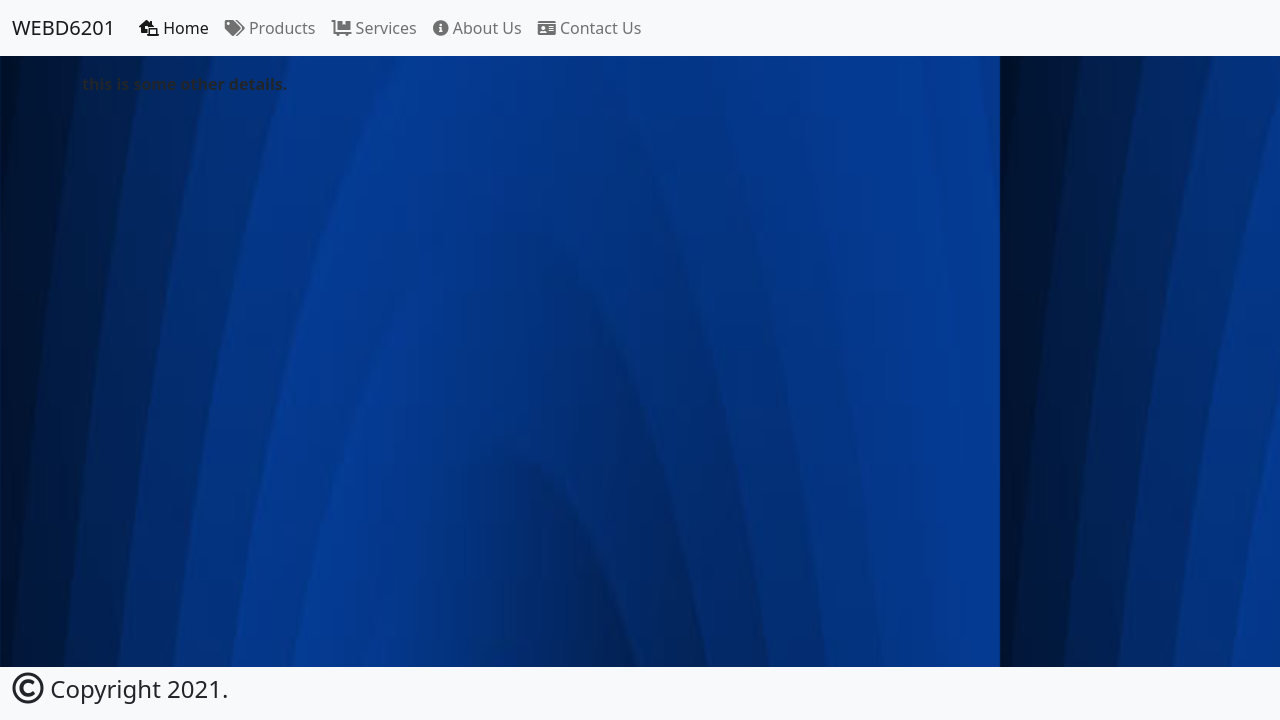
Repository: MuzhdaEhsan/WEBD6201-W2021-Lab1
Page: index.html
These files come from the project's save history. The page is drawn as it stood at one moment and after the next save; the edit follows.
The browser window is 1280 px wide. The pictures show the whole page.

Above is the page before, as saved 2021-02-05 20:50:00.

### index.html
<!DOCTYPE html>
<html lang="en">
<head>
    <meta charset="UTF-8">
    <meta name="viewport" content="width=device-width, initial-scale=1.0">
    <title>Home</title>
    <!-- CSS Section -->
    <link rel="stylesheet" href="./node_modules/bootstrap/dist/css/bootstrap.min.css">
    <link rel="stylesheet" href="./node_modules/@fortawesome/fontawesome-free/css/all.min.css">
    <link rel="stylesheet" href="./Content/app.css">


</head>
<body>


    <!-- Main Header -->
    <header>

        <!-- Main Navigation -->
        <nav class="navbar navbar-expand-lg navbar-light bg-light">
            <div class="container-fluid">
              <a class="navbar-brand" href="index.html">WEBD6201</a>
              <button class="navbar-toggler" type="button" data-bs-toggle="collapse" data-bs-target="#navbarSupportedContent" aria-controls="navbarSupportedContent" aria-expanded="false" aria-label="Toggle navigation">
                <span class="navbar-toggler-icon"></span>
              </button>
              <div class="collapse navbar-collapse" id="navbarSupportedContent">
                <ul class="navbar-nav me-auto mb-2 mb-lg-0">
                  <li class="nav-item">
                    <a class="nav-link active" aria-current="page" href="index.html"><i class="fas fa-laptop-house"></i> Home</a>
                  </li>

                  <li class="nav-item">
                    <a class="nav-link" aria-current="page" href="projects.html"><i class="fas fa-tags"></i> Products</a>
                  </li>

                  <li class="nav-item">
                    <a class="nav-link" aria-current="page" href="services.html"><i class="fas fa-dolly-flatbed"></i> Services</a>
                  </li>

                  <li class="nav-item">
                    <a class="nav-link" aria-current="page" href="about.html"><i class="fas fa-info-circle"></i> About Us</a>
                  </li>

                  <li class="nav-item">
                    <a class="nav-link" aria-current="page" href="contact.html"><i class="fas fa-id-card"></i> Contact Us</a>
                  </li>
                </ul>
              </div>
            </div>
          </nav>

    </header>

    <!-- Main Content -->
    <main class="container">
        <h1></h1>
        <p id="paragraphOne"></p>
        <div id="myDiv"></div>

    </main>

    <!-- Main Footer -->
    <footer>
        <nav class="navbar fixed-bottom navbar-light bg-light">
            <div class="container-fluid">
              <h4><i class="far fa-copyright fa-lg"></i> Copyright 2021.</h4>
            </div>
          </nav>
    </footer>

    <!-- Script Section-->
    <script src="./node_modules/jquery/dist/jquery.min.js"></script>
    <script src="./node_modules/bootstrap/dist/js/bootstrap.bundle.min.js"></script>
    <script src="./Scripts/app.js"></script>
</body>
</html>

### Scripts/app.js
/*
@author: Muzhda Ehsan
@date: 27-Jan-2021
*/
/* custom JavaScript goes here */

//IIFE - Immediately Invoked Function Expression
//AKA - Anonymous Self-Executing Function
//Closure - limits scope leak

"use strict";

let myContact =
{
  "firstName":"Muzhda",
  "contactNumber":"234234",
  "emailAddress":"muzhda@gmail.com",
  "saysHello":function()
  {
    console.log(`${fullName} says Hello`);
  },
  "someOtherObject": {
    "friendsList": [
      "Peter Parker", "Tony Stark", "Stephen Strange"
    ]
  }
};


(function()
{
    function displayHome()
    {
      let imageSize = "1000px 3000px";
      let imageUrl2 = `url('./261.jpg')`;
      //document.body.style.backgroundImage = "url('./download.jpg')";
      let bodyImage = document.body.style;
      bodyImage.backgroundSize = imageSize;
      bodyImage.backgroundImage = imageUrl2;
        //let paragraphOneText =
         // "This is a simple site to demonstrate DOM Manipulation for ICE 1";

        //let paragraphOneElement = document.getElementById("paragraphOne");

        //paragraphOneElement.textContent = paragraphOneText;
        //paragraphOneElement.className = "fs-5";

        // Step 1. document.createElement
        let newParagraph = document.createElement("p");
        // Step 2. configure the element
        //newParagraph.setAttribute("id", "paragraphTwo");
        //newParagraph.textContent = "...And this is paragraph two";
        // Step 3. select the parent element
        let mainContent = document.getElementsByTagName("main")[0];
        // Step 4. Add / Insert the element
         mainContent.appendChild(newParagraph);

        //newParagraph.className = "fs-6";

        // another way of injecting content
        //let paragraphDiv = document.createElement("div");
        //let paragraphThree = `<p id="paragraphThree" class="fs-7 fw-bold">And this is the Third Paragraph</p>`;
        //paragraphDiv.innerHTML = paragraphThree;

        // insertions

        // example of inserting before a node
        //newParagraph.before(paragraphDiv);

        // example of inserting after a node
        //newParagraph.after(paragraphDiv);


        // add image
        //let image = document.createElement("div");
        //let imageUrl = `<img src="./download.jpg" alt="Girl in a jacket" width="500" height="600">`;
        //image.innerHTML = imageUrl
        //newParagraph.before(image);

        // paragraph details
        let paragraphMain = document.createElement("div");
        let paragraphIndex = `<p id="mainParagraph" class="fs-7 fw-bold">this is some other details.</p>`;
        paragraphMain.innerHTML = paragraphIndex;

        newParagraph.before(paragraphMain);


        // deletions

        // example of removing a single element
        //paragraphOneElement.remove();

        // example of removeChild
        //mainContent.removeChild(paragraphOneElement);

        // update / modification
        //mainContent.firstElementChild.textContent = "Welcome Home!";

        //mainContent.innerHTML = `<h1 id="firstHeading">Welcome to WEBD6201 - Lab 2</h1>`;


    }

    function displayAbout()
    {

    }

    function displayProjects()
    {

    }

    function displayServices()
    {

    }

    function displayContact()
    {
        let messageArea = document.getElementById("messageArea");
        messageArea.hidden = true;

        // form validation
        let fullName = document.getElementById("fullName");
        fullName.addEventListener("blur", function() {
            if(fullName.value.length < 2)
            {
                fullName.focus();
                fullName.select();
                messageArea.hidden = false;
                messageArea.className = "alert alert-danger";
                messageArea.textContent = "Please enter an appropriate Name";
            }
            else
            {
                messageArea.removeAttribute("class");
                messageArea.hidden = true;
            }
        });

        let sendButton = document.getElementById("sendButton");
        sendButton.addEventListener("click", function(event){
           // event.preventDefault();

            let contact = new Contact(fullName.value, contactNumber.value, emailAddress.value);

            if(contact.serialize())
            {
              localStorage.setItem((localStorage.length + 1).toString(), contact.serialize());

            }

            //console.log(contact.toString());
            //console.log(contact.serialize());
        });
    }

    function displayContactList()
    {
      if (localStorage.length > 0)
      {
        let contactList = document.getElementById("contactList");

        let data = "";

        for (let index = 0; index < localStorage.length; index++)
        {
          let contactData = localStorage.getItem((index + 1).toString());

          console.log(contactData);
          let contact = new Contact();
          contact.deserialize(contactData);

          data += `<tr>
          <th scope="row">${index + 1}</th>
          <td>${contact.FullName}</td>
          <td>${contact.ContactNumber}</td>
          <td>${contact.EmailAddress}</td>
        </tr>`;
        }

        contactList.innerHTML = data;
      }


    }

    function Start()
    {
        console.log("App Started...");

        switch (document.title)
        {
          case "Home":
              displayHome();
            break;
          case "About":
              displayAbout();
            break;
          case "Projects":
              displayProjects();
            break;
          case "Services":
              displayServices();
            break;
          case "Contact":
              displayContact();
            break;
            case "Contact-List":
              displayContactList();
            break;
        }

    }

    window.addEventListener("load", Start);

})();

Loaded but not shown: node_modules/bootstrap/dist/css/bootstrap.min.css (library); node_modules/@fortawesome/fontawesome-free/css/all.min.css (library); Content/app.css (common file); node_modules/jquery/dist/jquery.min.js (library); node_modules/bootstrap/dist/js/bootstrap.bundle.min.js (library)

After the next save:
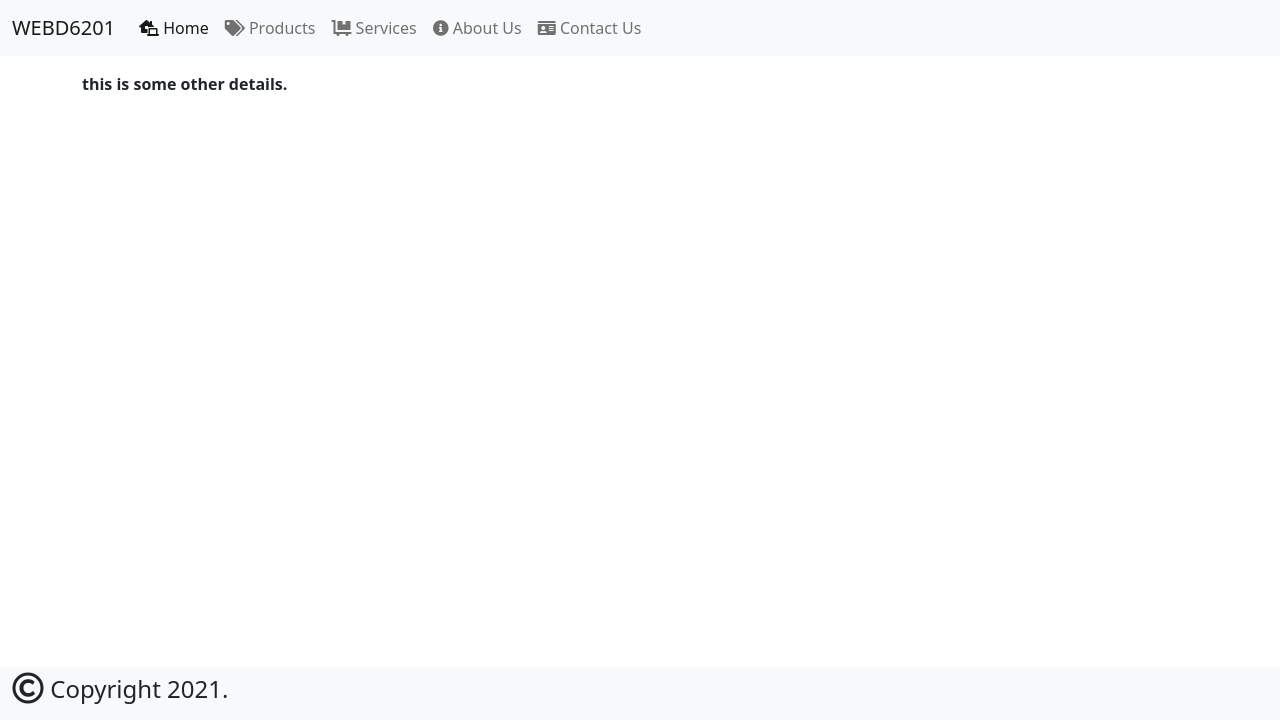
Not found: grayImage.jpg
Saved 93 s later.
--- a/Scripts/app.js
+++ b/Scripts/app.js
@@ -32,7 +32,7 @@
     function displayHome()
     {
       let imageSize = "1000px 3000px";
-      let imageUrl2 = `url('./261.jpg')`;
+      let imageUrl2 = `url('./grayImage.jpg')`;
       //document.body.style.backgroundImage = "url('./download.jpg')";
       let bodyImage = document.body.style;
       bodyImage.backgroundSize = imageSize;

After the save that followed:
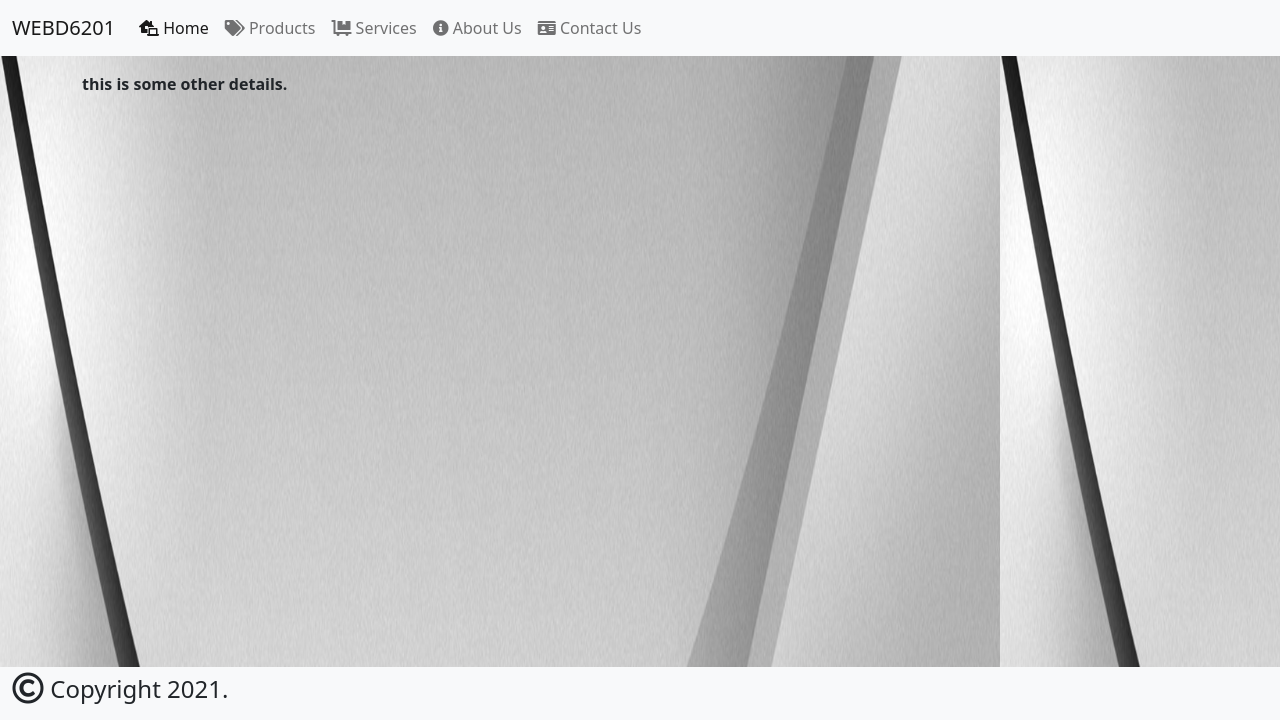
Saved 8 s later.
--- a/Scripts/app.js
+++ b/Scripts/app.js
@@ -32,7 +32,7 @@
     function displayHome()
     {
       let imageSize = "1000px 3000px";
-      let imageUrl2 = `url('./grayImage.jpg')`;
+      let imageUrl2 = `url('./grayImage.png')`;
       //document.body.style.backgroundImage = "url('./download.jpg')";
       let bodyImage = document.body.style;
       bodyImage.backgroundSize = imageSize;
